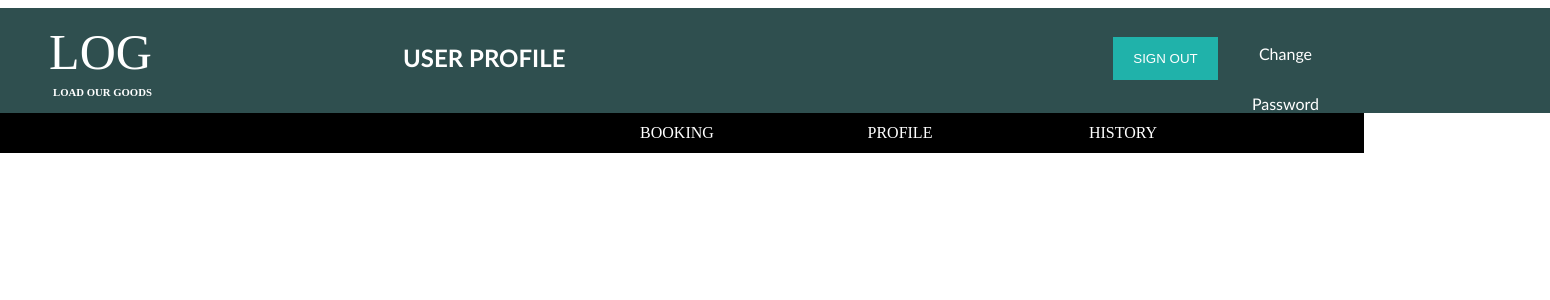
Repository: NAYAN9534/vehicle-booking-system
Page: http://localhost/minor/profile.jsp
These files come from the project's save history. The page is drawn as it stood at one moment and after the next save; the edit follows.
The browser window is 1280 px wide. The page is 1550 px wide, so the pictures cover 1550 px, including what lies to the right of the window. The pictures show the whole page.
The page is served by Tomcat 9.

Above is the page before, as saved 2017-05-27 17:12:17.

After the next save:
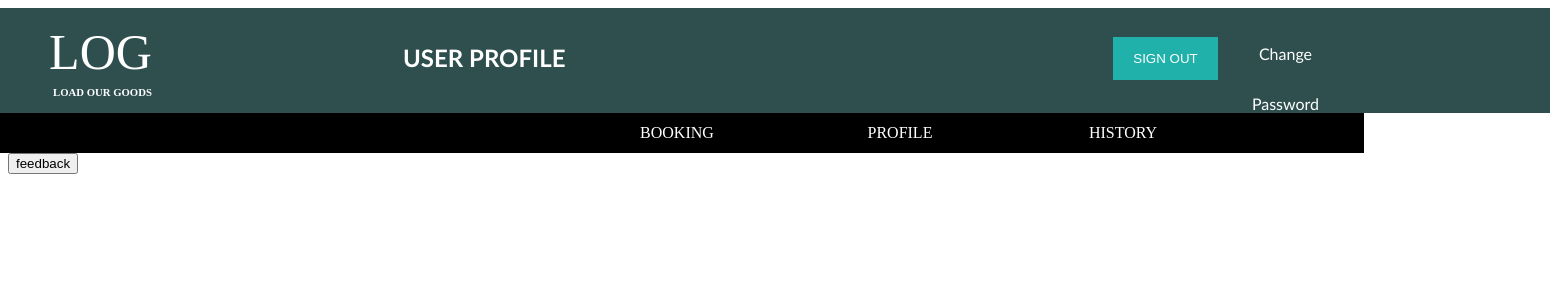
Saved 2 min 33 s later.
--- a/minor/WebContent/profile.jsp
+++ b/minor/WebContent/profile.jsp
@@ -211,7 +211,9 @@ width: 1366px;
 
 
 </div><!--main division ends-->
-
+<form action = "feedbackconn.jsp" method = post>
+<button type="submit">feedback</button>
+</form>
 
 	</body>
 </head>
